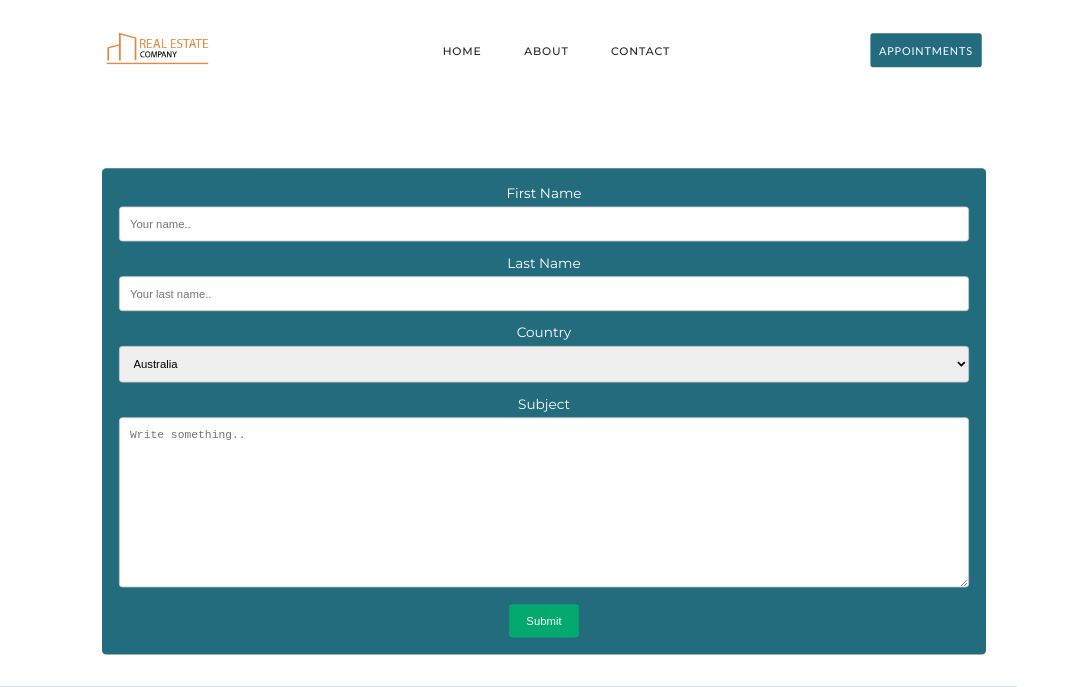
Repository: gabe126679/Mikes-site
Page: /contact
The author's editor kept a copy of each file at every save. The page is drawn from the files as they stood at one save, then again after the next save.
The browser window is 1280 px wide. The pictures show the whole page, at 85% of full size.
Some web libraries are served in a nearby version. The project was rebuilt for these pictures with package versions that can differ from the ones it lists, and the page was loaded fresh each time. Also part of the build but not shown: src/components/Header.jsx, src/components/Howitworks.jsx, src/components/About.jsx, src/components/Agentbox.jsx, src/components/Agent.jsx, src/components/PageAbout.jsx, src/components/Bproperty.jsx, src/components/Item.js and 3 more.

Above is the page before, as saved 2022-04-19 15:41:43.

After the next save:
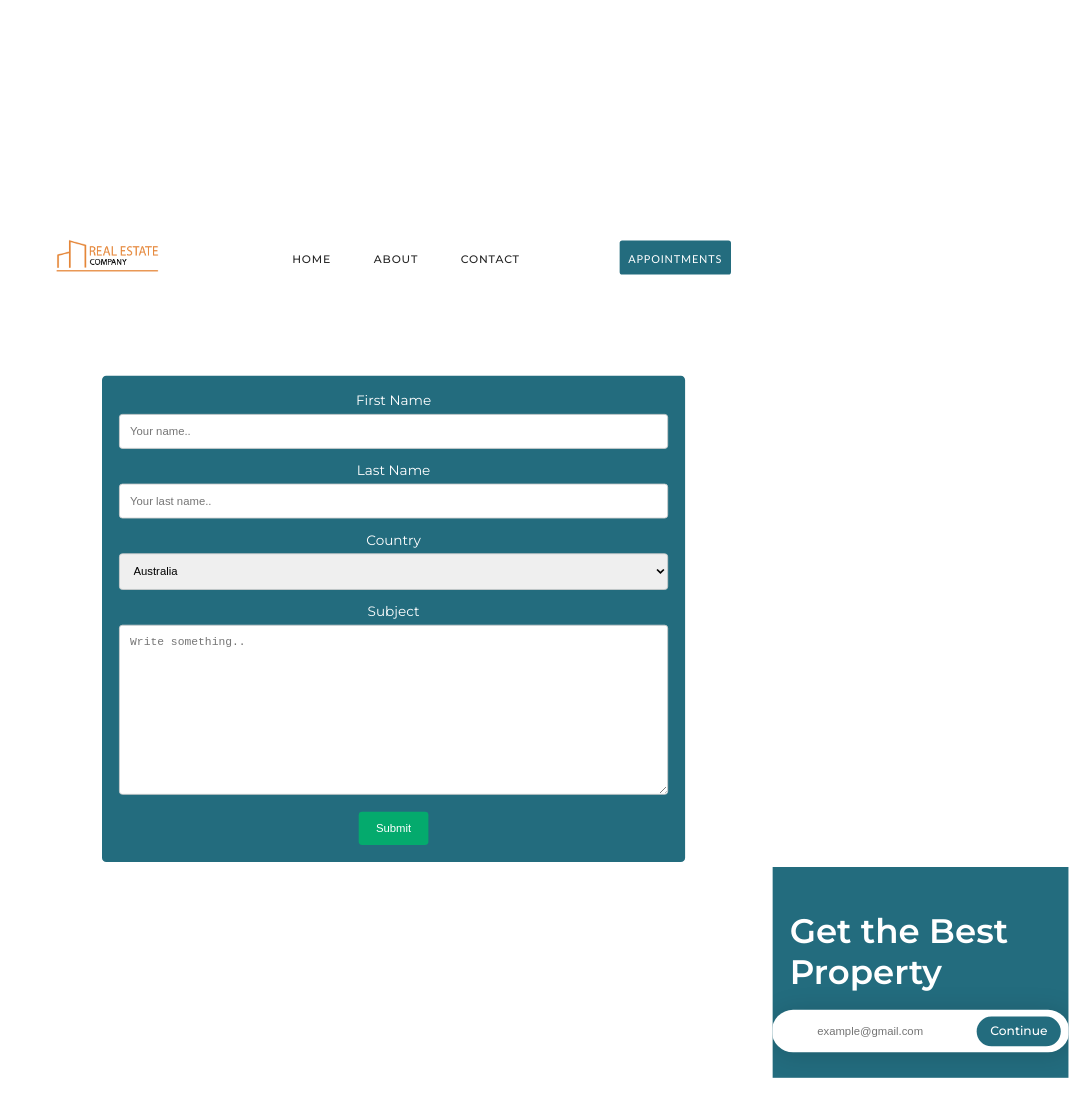
Saved 43 s later.
--- a/src/components/PageContact.jsx
+++ b/src/components/PageContact.jsx
@@ -1,9 +1,8 @@
 import React from "react";
 import styled from 'styled-components/macro';
-
 import Navbar from "./Navbar";
 import Form from "./Form";
-
+import Contact from "./Contact";
 
 const Section = styled.div`
   padding: 20px;
@@ -20,6 +19,7 @@ const PageContact = () => {
       <Navbar/>
       <Form/>
     </div>
+    <Contact />
     </Section>
 
 
